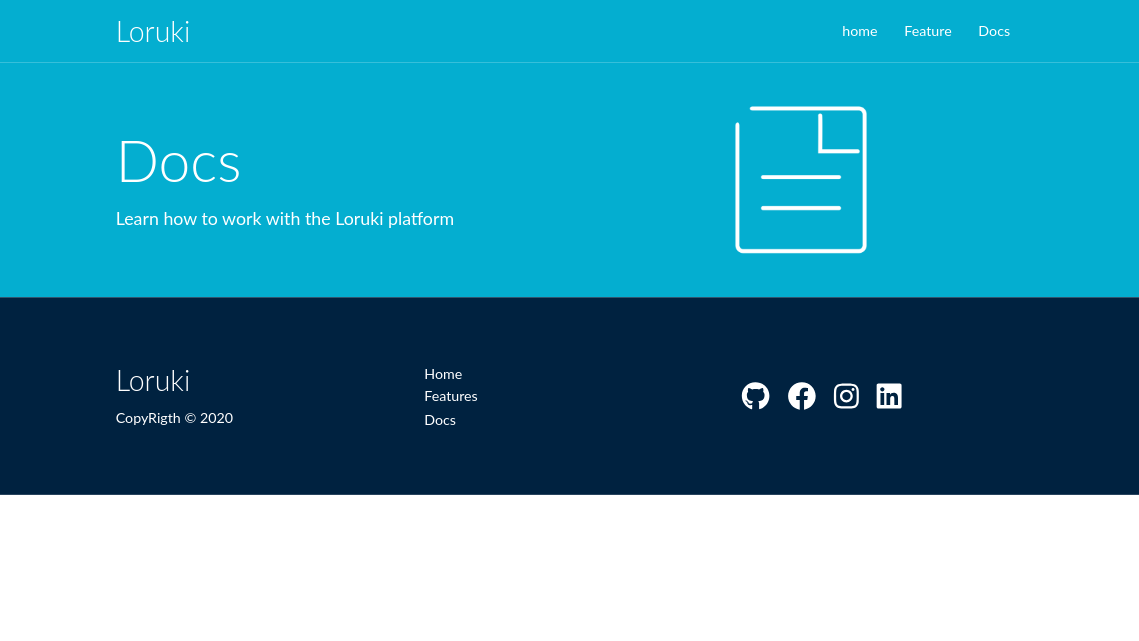
Repository: MosiurRrahman/loruki-app-reactjs
Page: /docs
These files come from the project's save history. The page is drawn as it stood at one moment and after the next save; the edit follows.
The browser window is 1280 px wide. The pictures show the whole page, at 89% of full size.
The project was rebuilt for these pictures with package versions that can differ from the ones it lists, and the page was loaded fresh each time. Also part of the build but not shown: src/components/pages/home/Cli.js, src/components/pages/home/Cloud.js, src/components/pages/home/Languages.js, src/components/pages/home/ShowcaseForm.js, src/components/pages/home/ShowCase.js, src/components/pages/home/Status.js, src/components/pages/home/HomePage.js, src/components/layouts/Main.jsx and 4 more.

Above is the page before, as saved 2021-10-06 15:10:31.

### src/index.js
import React from 'react';
import ReactDOM from 'react-dom';
import { BrowserRouter, Route, Switch } from 'react-router-dom';
import Layout from './components/app';
import defaultLayout from './components/layouts/Main';
import docs from './components/pages/docs/Docs';
import feature from './components/pages/feature/Feature';
import './index.css';
// import './utilities';






class Root extends React.Component{
  render(){
    return(
      <BrowserRouter basename = {"/"} >
      <Switch>
        <Route exact path = "/home" component={defaultLayout} />
      <Layout>
          <Route path='/feature' component={feature}></Route>
          <Route path='/docs' component={docs}></Route>
      </Layout>
      </Switch>
      </BrowserRouter>
    );
  }
}




ReactDOM.render(
  <React.StrictMode>
    <Root />
  </React.StrictMode>,
  document.getElementById('root')
);

### src/components/app.jsx
import { Component } from "react";
import Footer from "./common/Footer";
import Header from "./common/Header";

class Layout extends Component {
  render() {
    return (
      <>
        <Header />
        {this.props.children}
        <Footer />
      </>
    );
  }
}
export default Layout;

### src/components/pages/docs/Docs.js
import React, { Component } from "react";
import DocsHead from "./DocsHead";
class Docs extends Component {
  render() {
    return (
      <>
      <DocsHead/>
      </>
    );
  }
}

export default Docs;

### src/index.css
/* all css imported */

@import url("./assets/css/main");
@import url("./assets/css/utilities");

### src/components/common/Footer.jsx
import {
  faFacebook,
  faGithub,
  faInstagram,
  faLinkedin,
} from "@fortawesome/free-brands-svg-icons";
import { FontAwesomeIcon } from "@fortawesome/react-fontawesome";
import { Component } from "react";

class Footer extends Component {
  render() {
    return (
      <>
        <footer className="footer bg-dark py-5">
          <div className="container grid grid-3">
            <div>
              <h1>Loruki</h1>
              <p>CopyRigth &copy; 2020</p>
            </div>
            <nav>
              <ul>
                <li>
                  <a href="index.html">Home</a>
                </li>
                <li>
                  <a href="feature.html">Features</a>
                </li>
                <li>
                  <a href="docs.html">Docs</a>
                </li>
              </ul>
            </nav>
            <div className="social">
              <a href="/home">
                <li className="fa-2x">
                  <FontAwesomeIcon icon={faGithub} />
                </li>
              </a>
              <a href="/home">
                <li className="fa-2x">
                  <FontAwesomeIcon icon={faFacebook} />
                </li>
              </a>
              <a href="/home">
                <li className="fa-2x">
                  <FontAwesomeIcon icon={faInstagram} />
                </li>
              </a>
              <a href="/home">
                <li className=" fa-2x">
                  <FontAwesomeIcon icon={faLinkedin} />
                </li>
              </a>
            </div>
          </div>
        </footer>
      </>
    );
  }
}
export default Footer;

### src/components/common/Header.jsx
import { Component } from "react";
import { Link } from "react-router-dom";

class Header extends Component {
  render() {
    return (
      <>
        <div className="navbar">
          <div className="container flex">
            <h1 className="logo">Loruki</h1>
            <nav>
              <ul>
                <li>
                  {/* <a href="index.html">Home</a> */}
                  <Link to="/home">home</Link>
                </li>
                <li>
                  <Link to="/feature">Feature</Link>
                </li>
                <li>
                  <a href="/docs">Docs</a>
                </li>
              </ul>
            </nav>
          </div>
        </div>
      </>
    );
  }
}
export default Header;

### src/components/pages/docs/DocsHead.js
import React, { Component } from "react";
import IMAGES from '../../../assets/images/images';

class DocsHead extends Component {
  render() {
    return (
      <>
        <section className="docs-head bg-primary py-3">
          <div className="container grid">
            <div>
              <h1 className="xl">Docs</h1>
              <p className="lead">Learn how to work with the Loruki platform</p>
            </div>
            <img src={IMAGES.docs} alt="doct photo" />
          </div>
        </section>
      </>
    );
  }
}

export default DocsHead;

### src/assets/css/main.css
:root {
  --primary-color: #04aed0;
  --secondry-color: #04a1c0;
  --dark-color: #002240;
  --light-color: #f4f4ff;
  --success-color: #5cb85c;
  --error-color: #d9534f;
}

* {
  box-sizing: border-box;
  margin: 0;
  padding: 0;
}

body {
  font-family: "lato", sans-serif;
  color: #333333;
  line-height: 1.6;
}

ul {
  list-style-type: none;
}

a {
  text-decoration: none;
  color: #333333;
}

h1,
h2 {
  font-weight: 300;
  line-height: 1.2;
  margin: 10px 0;
}

p {
  margin: 10px 0;
}

img {
  width: 100%;
}

code,
pre {
  background: #333;
  color: #fff;
  padding: 10px;
}

.hidden {
  visibility: hidden;
  height: 0;
}

/* === navbar style === */

.navbar {
  background-color: var(--primary-color);
  color: #ffffff;
  height: 70px;
}

.navbar .flex {
  justify-content: space-between;
}

.navbar ul {
  display: flex;
}

.navbar ul a {
  padding: 10px;
  margin: 0 5px;
  color: #fff;
  transition: 0.3s;
}

.navbar ul a:hover {
  border-bottom: 2px solid #fff;
}

/* === Showcase style === */

.showcase {
  height: 400px;
  background-color: var(--primary-color);
  color: #fff;
  position: relative;
}

.showcase h1 {
  font-size: 40px;
}

.showcase p {
  margin: 20px 0;
}

.showcase .grid {
  overflow: visible;
  grid-template-columns: 55% 45%;
  gap: 30px;
}

body {
  overflow-x: hidden;
}

.showcase-form {
  position: relative;
  top: 60px;
  height: 350px;
  max-width: 400px;
  padding: 40px;
  z-index: 100;
  animation: slideInFromRight 1s ease-in;
}

.showcase-text {
  animation: slideInFromLeft 1s ease-in;
}

.showcase .form-control {
  margin: 30px 0;
}

.showcase input[type="text"],
.showcase input[type="email"] {
  border: 0;
  border-bottom: 1px solid #b4becb;
  width: 100%;
  padding: 3px;
  font-size: 16px;
}

.showcase-form input:focus {
  outline: none;
}

.showcase::before,
.showcase::after {
  content: "";
  position: absolute;
  height: 100px;
  background: #fff;
  left: 0;
  bottom: -60px;
  right: 0;
  transform: skewY(-3deg);
  --webkit-transform: skewY(-3deg);
  --moz-transform: skewY(-3deg);
  --ms-transform: skewY(-3deg);
}

/* ===stats=== */

.stats {
  padding-top: 100px;
  animation: slideInFromBottom 1s ease-in;
}

.stats-heading {
  max-width: 500px;
  margin: auto;
}

.stats .grid h3 {
  font-size: 35px;
}

.stats .grid p {
  font-size: 20px;
  font-weight: bold;
}

/* cli */

.cli .grid {
  grid-template-columns: repeat(3, 1fr);
  grid-template-rows: repeat(2, 1fr);
}

.cli .grid > *:first-child {
  grid-column: 1 / span 2;
  grid-row: 1 / span 2;
}

/* Cloud */

.cloud .grid {
  grid-template-columns: repeat(4fr, 1fr);
}

/* languages */

.languages .flex {
  flex-wrap: wrap;
}

.languages .card {
  text-align: center;
  margin: 18px 10px 40px;
  transition: 0.3s;
}

.languages .card:hover {
  transform: translateY(-15px);
  color: var(--primary-color);
}

.languages .card h4 {
  font-size: 20px;
  margin-bottom: 10px;
}

/* Feature section */

.freatures-head img,
.docs-head img {
  width: 200px;
  justify-self: center;
}

.freatures-sub-head img {
  width: 300px;
  justify-self: flex-end;
}

/* feature main */

.freatures-main .card > i {
  margin-right: 20px;
}

.freatures-main .grid {
  padding: 30px;
}

.freatures-main .grid > *:first-child {
  grid-column: 1 / span 3;
}

.freatures-main .grid > *:nth-child(2) {
  grid-column: 1 / span 2;
}

.freatures-main .grid > *:nth-child(2) {
  justify-content: start;
}

/* dosc */

.docs-main h3 {
  margin: 20px 0;
}

.docs-main .grid {
  grid-template-columns: 1fr 2fr;
  align-items: flex-start;
}

.docs-main nav li {
  font-size: 20px;
  padding-bottom: 5px;
  margin-bottom: 5px;
  border-bottom: 1px solid #ccc;
}

.docs-main nav a:hover {
  color: var(--primary-color);
  font-weight: bold;
}

/* Footer */
.footer .social {
  display: flex;
}
.footer .social a {
  margin: 0 10px;
}

.footer .social a li {
  list-style-type: none;
  transition: 0.3s;
}

.footer .social a li:hover {
  transform: translateY(-5px);
  color: var(--primary-color);
}

/* Animation */

@keyframes slideInFromLeft {
  0% {
    transform: translateX(-100%);
  }
  100% {
    transform: translateX(0);
  }
}

@keyframes slideInFromRight {
  0% {
    transform: translateX(70%);
  }
  100% {
    transform: translateX(0);
  }
}

@keyframes slideInFromTop {
  0% {
    transform: translateY(-100%);
  }
  100% {
    transform: translateX(0);
  }
}

@keyframes slideInFromBottom {
  0% {
    transform: translateY(100%);
  }
  100% {
    transform: translateX(0);
  }
}

/* ===responsive css ===*/

/* Tablets and under */

@media screen and (max-width: 768px) {
  .grid,
  .showcase .grid,
  .stats .grid,
  .cli .grid,
  .cloud .grid,
  .freature-main .grid,
  .docs-main .grid {
    grid-template-columns: 1fr;
    grid-template-rows: 1fr;
  }
  .showcase {
    height: auto;
  }
  .showcase-text {
    text-align: center;
    margin-top: 40px;
    animation: slideInFromTop 1s ease-in;
  }
  .showcase-form {
    justify-self: center;
    margin: auto;
    animation: slideInFromBottom 1s ease-in;
  }
  .cli .grid > *:first-child {
    grid-column: 1;
    grid-row: 1;
  }
  .freatures-head,
  .freatures-sub-head,
  .docs-head {
    text-align: center;
  }
  .freatures-head img,
  .freatures-sub-head img,
  .docs-head img {
    justify-self: center;
  }
  .freatures-main .grid > *:first-child,
  .freatures-main .grid > *:nth-child(2) {
    grid-column: 1;
  }
  .grid-3 {
    grid-template-columns: 1fr;
    grid-template-rows: 1fr;
  }
}

/* Mobile */

@media (max-width: 500px) {
  .navbar {
    height: 110px;
  }
  .navbar .flex {
    flex-direction: column;
  }
  .navbar ul {
    padding: 10px;
    background: rgba(0, 0, 0, 0.1);
  }
}

/* ===responsive css end ===*/

/* === utlities === */

.container {
  max-width: 1100px;
  margin: 0 auto;
  overflow: auto;
  padding: 0 40px;
}

.card {
  background-color: #fff;
  color: #333;
  border-radius: 10px;
  box-shadow: 0 3px 10px rgba(0, 0, 0, 0.2);
  padding: 20px;
  margin: 10px;
}

.card p {
  padding-left: 20px;
}

.btn {
  display: inline-block;
  padding: 10px 30px;
  cursor: pointer;
  background: var(--primary-color);
  color: #fff;
  border: none;
  border-radius: 5px;
  transition: 0.3s;
}

.btn-outline {
  background-color: transparent;
  border: 1px solid #ffffff;
}

.btn:hover {
  transform: translate(5px);
}

/* background and colored buttons */

.btn-primary,
.bg-primary {
  background-color: var(--primary-color);
  color: #ffffff;
}

.btn-secondry,
.bg-secondry {
  background-color: var(--secondry-color);
  color: #ffffff;
}

.btn-dark,
.bg-dark {
  background-color: var(--dark-color);
  color: #ffffff;
}

.btn-light,
.bg-light {
  background-color: var(--light-color);
  color: #333;
}

.btn-primary a,
.bg-primary a,
.btn-secondry a,
.bg-secondry a,
.btn-dark a,
.bg-dark a {
  color: #fff;
}

/* text sizes */

.lead {
  font-size: 20px;
}

.sm {
  font-size: 1rem;
}

.md {
  font-size: 2rem;
}

.lg {
  font-size: 3rem;
}

.xl {
  font-size: 4rem;
}

.text-center {
  text-align: center;
}

.flex {
  display: flex;
  justify-items: center;
  align-items: center;
  height: 100%;
}

.grid {
  display: grid;
  grid-template-columns: repeat(2, 1fr);
  gap: 20px;
  justify-content: center;
  align-items: center;
  height: 100%;
}

.grid-3 {
  grid-template-columns: repeat(3, 1fr);
}

/* alart */

.alert {
  background-color: var(--light-color);
  padding: 10px 20px;
  font-weight: bold;
  margin: 15px 0;
}

.alert i {
  margin-right: 10px;
}

.alert-success {
  background-color: var(--success-color);
  color: #fff;
}

.alert-error {
  background-color: var(--errer-color);
  color: #fff;
}

/* Margin */

.my-1 {
  margin: 1rem 0;
}

.my-2 {
  margin: 1.5rem 0;
}

.my-3 {
  margin: 2rem;
}

.my-4 {
  margin: 3rem 0;
}

.my-5 {
  margin: 4rem 0;
}

.m-1 {
  margin: 1rem;
}

.m-2 {
  margin: 1.5rem;
}

.m-3 {
  margin: 2rem;
}

.m-4 {
  margin: 3rem;
}

.m-5 {
  margin: 4rem;
}

/* padding */

.py-1 {
  padding: 1rem 0;
}

.py-2 {
  padding: 1.5rem 0;
}

.py-3 {
  padding: 2rem;
}

.py-4 {
  padding: 3rem 0;
}

.py-5 {
  padding: 4rem 0;
}

.p-1 {
  padding: 1rem;
}

.p-2 {
  padding: 1.5rem;
}

.p-3 {
  padding: 2rem;
}

.p-4 {
  padding: 3rem;
}

.p-5 {
  padding: 4rem;
}

### src/assets/images/images.js
const IMAGES = {
    nodeJs: require('./logos/node.png').default,
    csharp: require('./logos/csharp.png').default,
    ruby: require('./logos/ruby.png').default,
    php: require('./logos/php.png').default,
    python: require('./logos/python.png').default,
    scala: require('./logos/scala.png').default,
    clojure: require('./logos/clojure.png').default,
    server: require('./server.png').default,
    server2: require('./server2.png').default,
    docs: require('./docs.png').default,
}
export default IMAGES;

### src/components/pages/docs/CardLeft.js
import React, { Component } from "react";

class CardLeft extends Component {
  render() {
    return (
      <>
        <div className="card bg-light p-3">
              <h3 className="my-2">Esentials</h3>
              <nav>
                <ul>
                  <li>
                    <a href="#">Introduction</a>
                  </li>
                  <li>
                    <a href="#">About Loruki</a>
                  </li>
                  <li>
                    <a href="#">Installation</a>
                  </li>
                </ul>
              </nav>
              <h3 className="my-2">Deployment</h3>
              <nav>
                <ul>
                  <li>
                    <a href="#">Setting up a container</a>
                  </li>
                  <li>
                    <a href="#">Using the CLI</a>
                  </li>
                  <li>
                    <a href="#">Managing resources</a>
                  </li>
                  <li>
                    <a href="#">Upgrade and downgrade</a>
                  </li>
                </ul>
              </nav>
            </div>
      </>
    );
  }
}

export default CardLeft;

Loaded but not shown: public/index.html (common file); src/assets/css/utilities.css (no stored copy; drawn as an empty file)

After the next save:
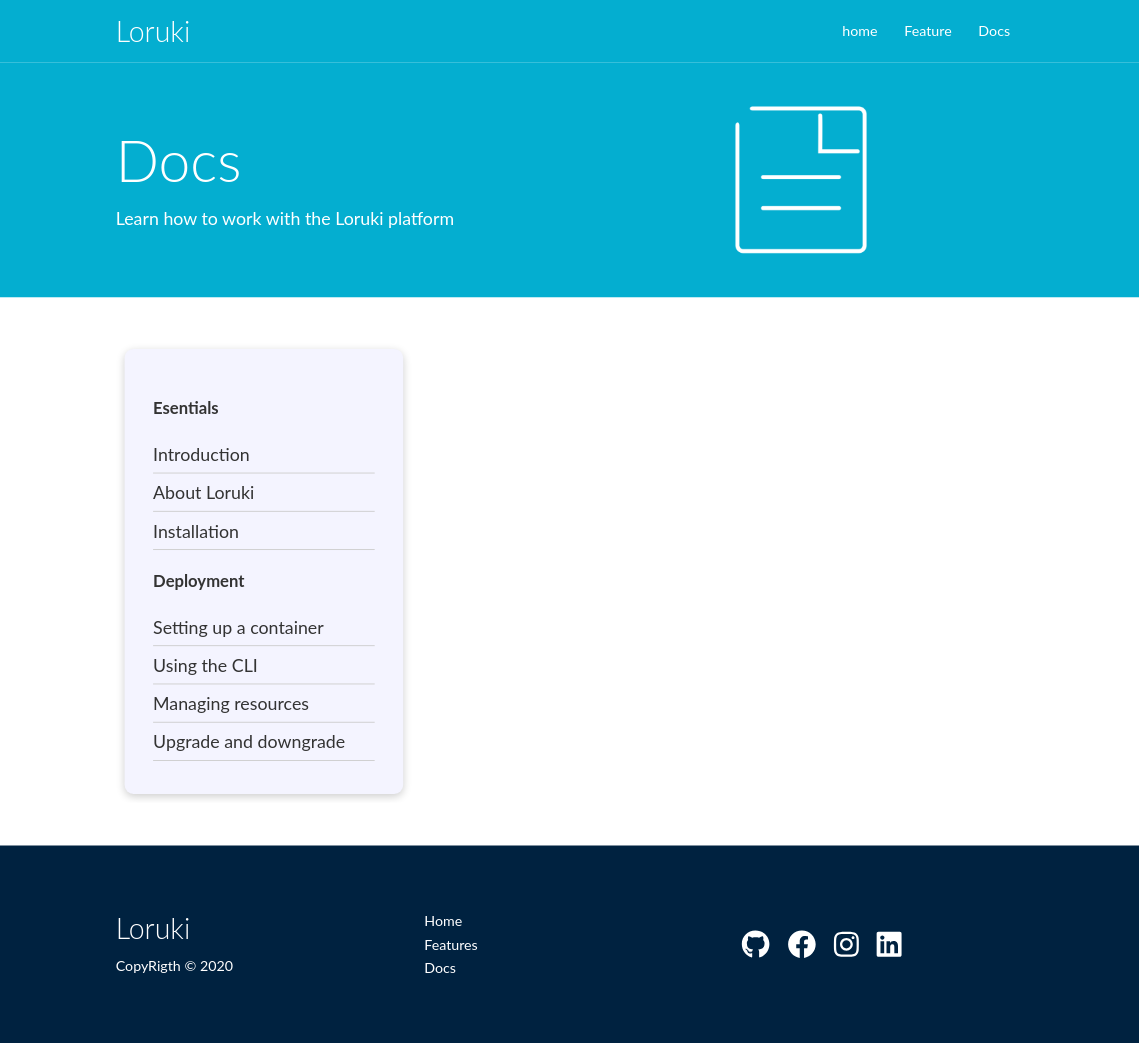
Saved 14 s later.
--- a/src/components/pages/docs/Docs.js
+++ b/src/components/pages/docs/Docs.js
@@ -1,10 +1,16 @@
 import React, { Component } from "react";
+import CardLeft from "./CardLeft";
 import DocsHead from "./DocsHead";
 class Docs extends Component {
   render() {
     return (
       <>
       <DocsHead/>
+      <section className="docs-main my-4">
+          <div className="container grid">
+              <CardLeft/>
+          </div>
+      </section>
       </>
     );
   }
